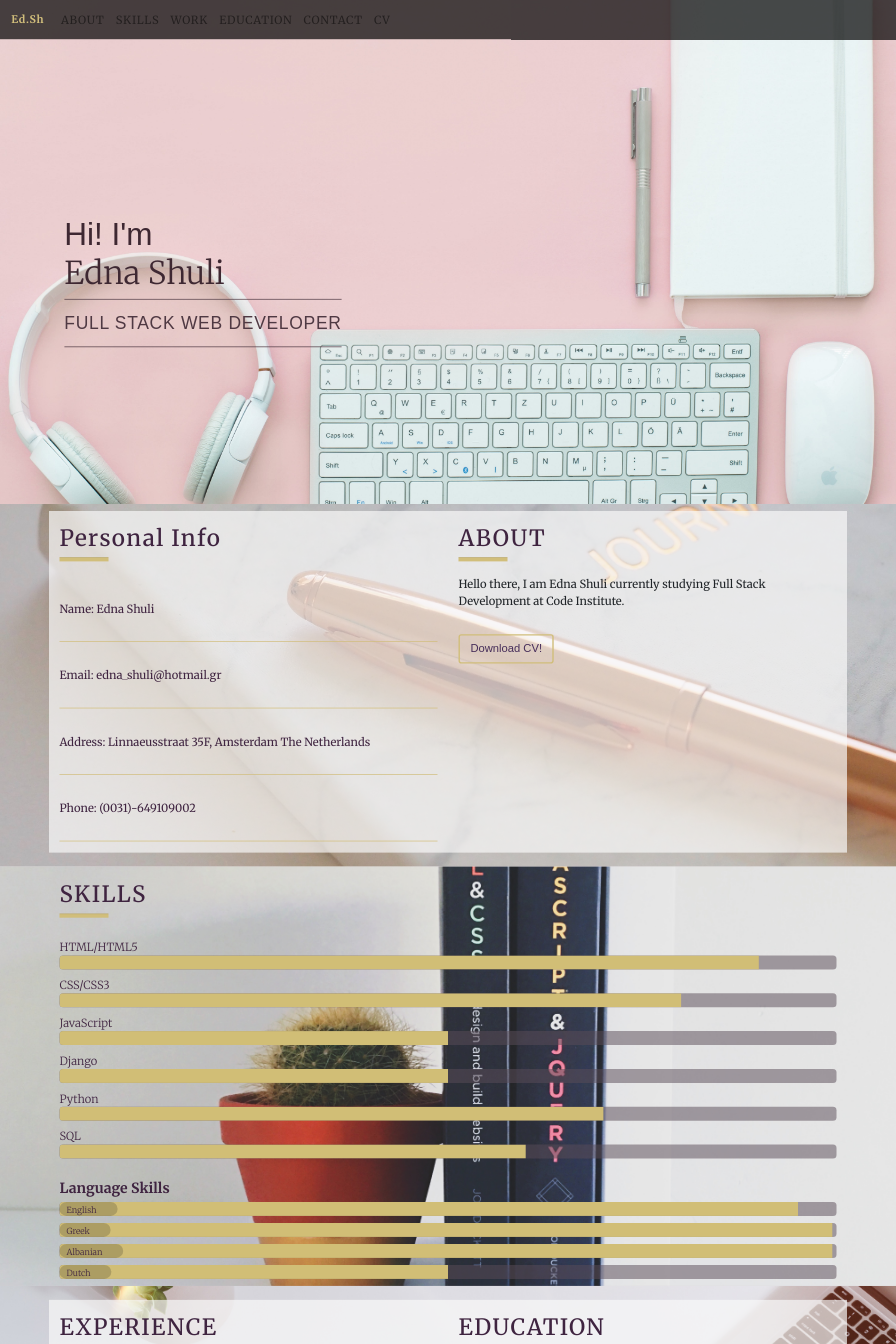
Repository: edshuli/Portfolio
Page: index.html
The author's editor kept a record of every edit. The page is drawn from the files as they stood at one moment, then again after the next edit.
The browser window is 1280 px wide. The pictures show the part of the page from y = 0 to 1920 px (the page is 3071 px tall), at 70% of full size.
Backgrounds fixed to the window are drawn as part of the page. Some web fonts or font styles are not loaded; a fallback is used.

Above is the page before.

After the next edit:
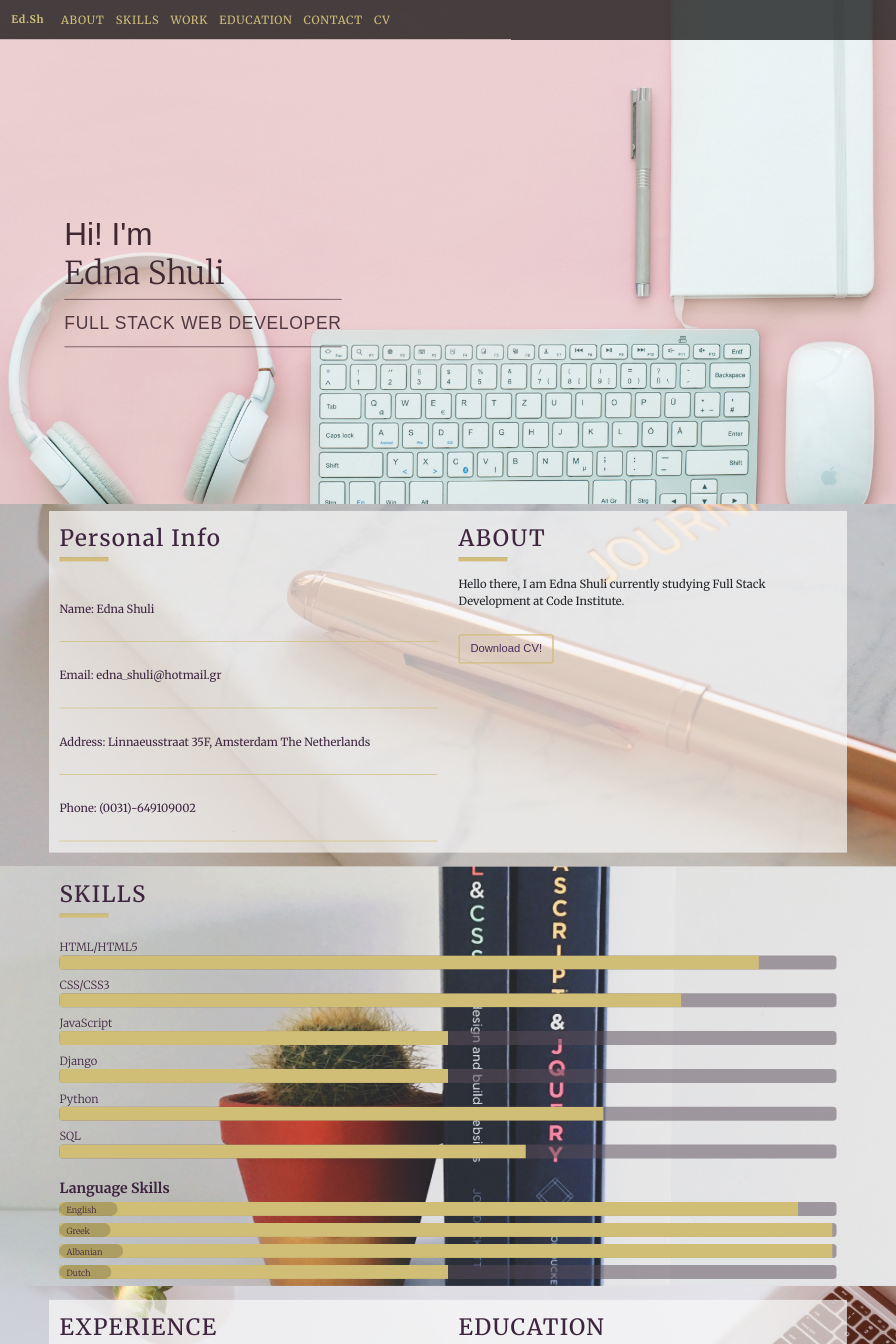
The edit:
--- a/assets/css/style.css
+++ b/assets/css/style.css
@@ -124,7 +124,7 @@
      color:#fafafa;
 }
 
-/*.navbar-light .navbar-nav .nav-link {
+.navbar-light .navbar-nav .nav-link {
     color: #d1be7b;
 }
 
